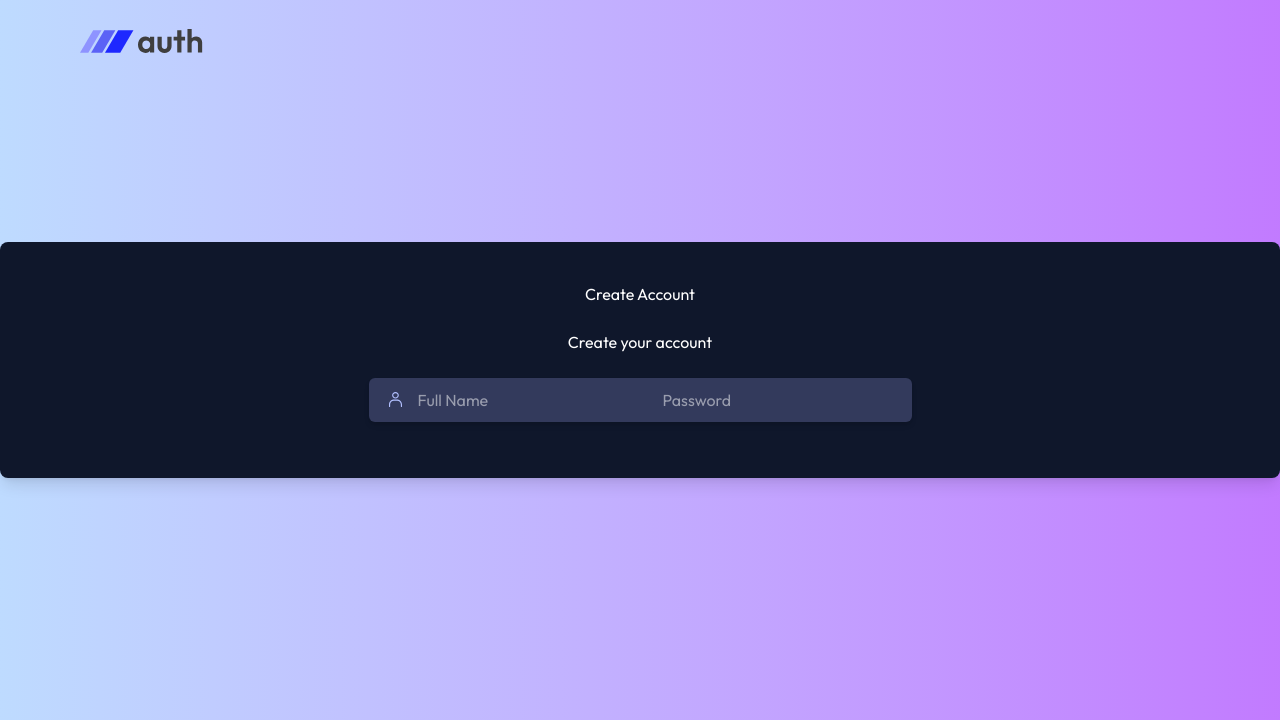
Repository: AuthnSapuarachchi/AuthnticationApplication-MERN-Stack
Page: /login (app in client/)
The author's editor kept a copy of each file at every save. The page is drawn from the files as they stood at one save, then again after a run of saves.
The browser window is 1280 px wide. The pictures show the whole page.
The project was rebuilt for these pictures with package versions that can differ from the ones it lists, and the page was loaded fresh each time. Also part of the build but not shown: client/vite.config.js, client/src/components/NavBar.jsx, client/src/components/Header.jsx, client/src/pages/home.jsx, client/src/pages/ResetPassword.jsx, client/src/pages/EmailVerify.jsx.

Above is the page before, as saved 2025-07-31 12:07:22.

After the next 3 saves:
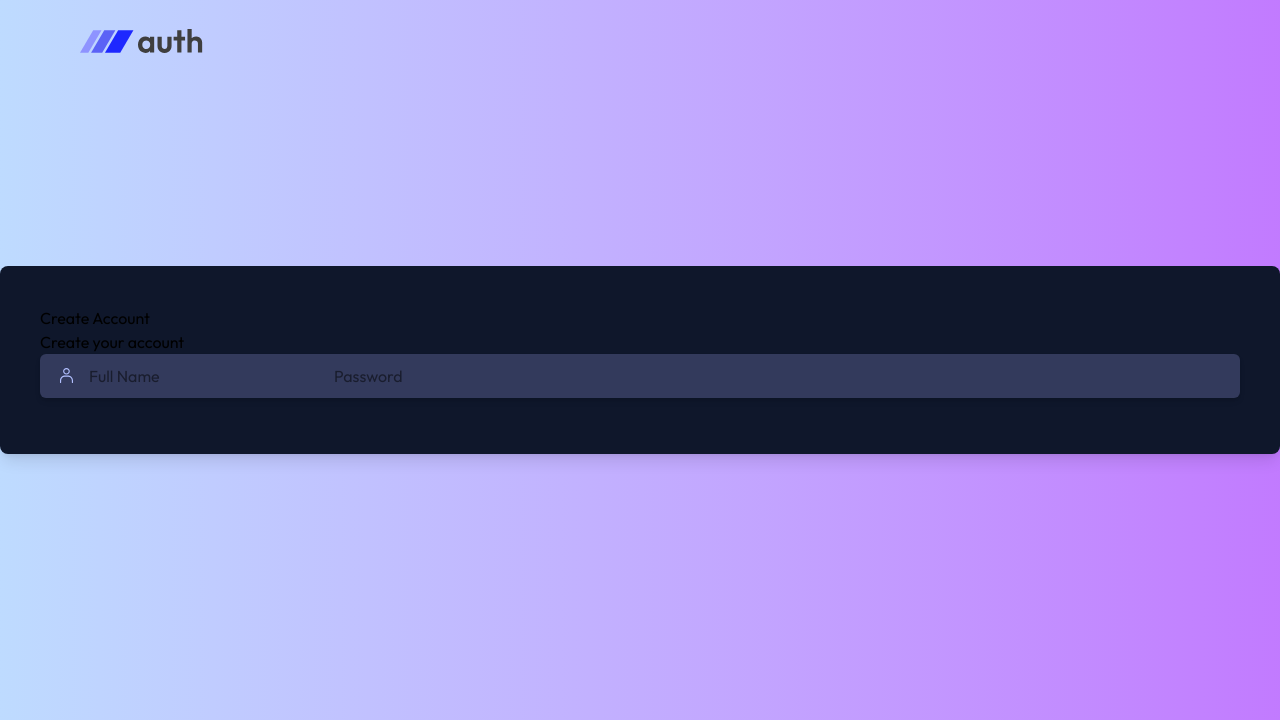
The 3 saves are shown as one change because they came seconds apart.
The last was saved 13 s later.
--- a/client/src/pages/login.jsx
+++ b/client/src/pages/login.jsx
@@ -8,7 +8,7 @@ const Login = () => {
     <div className='flex items-center justify-center min-h-screen px-6 sm:px-0 bg-gradient-to-r from-blue-200 to-purple-400 relative'>
       <img src={assets.logo} alt="" className='absolute left-5 sm:left-20
       top-5 w-28 sm:w-32 cursor-pointer' />
-      <div className='bg-slate-900 p-10 rounded-lg shadow-lg w-full sm:left-20 text-white flex flex-col items-center gap-6'>
+      <div className='bg-slate-900 p-10 rounded-lg shadow-lg w-full sm:left-20 top-5'>
         <h2>{state === 'Sign Up' ? 'Create Account' : 'Login'}</h2>
         <p>{state === 'Sign Up' ? 'Create your account' : 'Login to your account'}</p>
         <form>
